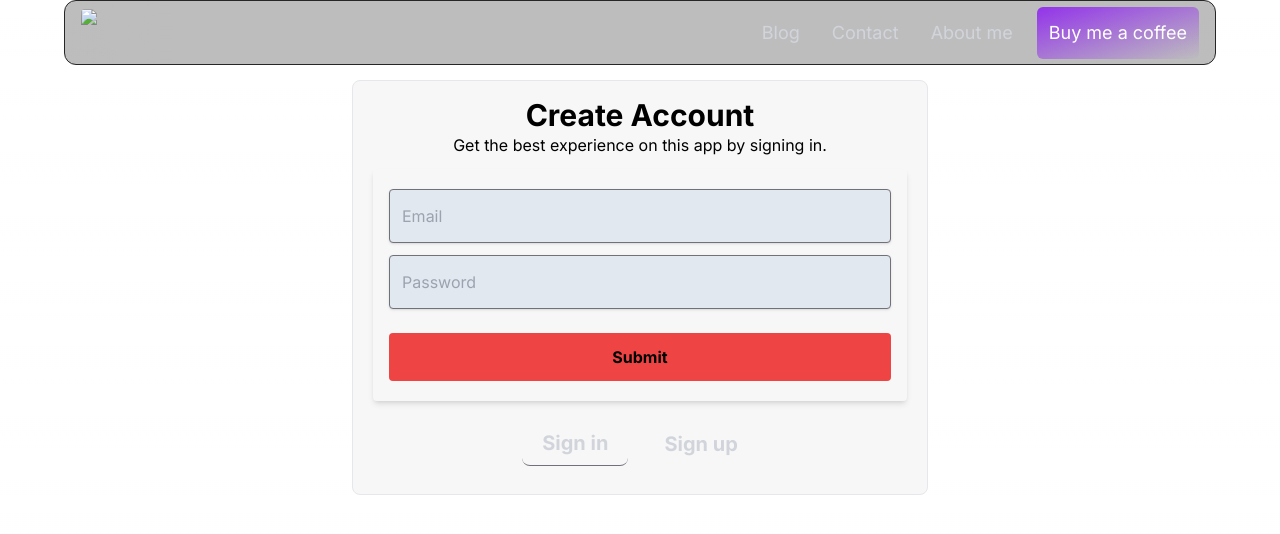
Repository: SahTitus/bookshaven
Page: /auth
These files come from the project's save history. The page is drawn as it stood at one moment and after the next save; the edit follows.
The browser window is 1280 px wide. The pictures show the whole page.
The page's requests for data from a server got no answer. The project was rebuilt for these pictures with package versions that can differ from the ones it lists, and the page was loaded fresh each time. The framework's server and built-in components were replaced by stand-ins that run in the browser. No one was signed in, and anything a server would have sent is missing. Also part of the build but not shown: next.config.mjs, components/forms/DropZone.jsx.

Above is the page before, as saved 2024-04-06 19:18:20.

### app/layout.js
import { Inter } from 'next/font/google'
import './globals.css'
import { siteName } from '@lib/constants'
import AuthProviders from '@components/Provider'
import { StateProvider } from '@redux/StateProvider'
import { SpinnerOverlay } from '@components/loading/SpinnerOvarlay'
import { Navbar } from '@components/navs/Navbar'

const inter = Inter({ subsets: ['latin'] })

export const metadata = {
  title: siteName,
  siteName: siteName,
  description: 'Book Haven - Your go-to destination for all kinds of books',
  icons: {
  },
  category: 'Book Shop',
}

export const viewport = {
  themeColor: [
    { media: "(prefers-color-scheme: light)", color: "#18182a" },
    { media: "(prefers-color-scheme: dark)", color: "#18182a" },
  ],
};

export default function RootLayout({ children }) {
  return (
    <html lang="en">
      <body className={inter.className}>
        <AuthProviders>
          <StateProvider>
            <Navbar />
            <div className='flex flex-col lg:max-w-6xl mx-auto select-none'>
              {children}
              <SpinnerOverlay />
            </div>
          </StateProvider>
        </AuthProviders>
      </body>
    </html>
  )
};

### app/auth/page.js
import { AuthForm } from '@components/forms/AuthForm'
import React from 'react'

const page = () => {
    return (
        <div>
            <AuthForm />
        </div>
    )
}

export default page

### app/globals.css
@tailwind base;
@tailwind components;
@tailwind utilities;

:root {
  --foreground-rgb: 255, 255, 255;
  --background-start-rgb: 255, 255, 255;
  --background-end-rgb: 255, 255, 255;
}

@media (prefers-color-scheme: dark) {
  :root {
    --foreground-rgb: 255, 255, 255;
    --background-start-rgb: 255, 255, 255;
    --background-end-rgb: 255, 255, 255;
  }
}

body {
  color: rgb(var(--foreground-rgb));
  background: linear-gradient(
      to bottom,
      transparent,
      rgb(var(--background-end-rgb))
    )
    rgb(var(--background-start-rgb));
    color: black;
}

@layer utilities {
  .text-balance {
    text-wrap: balance;
  }
}

### components/Provider.js
"use client";
import { Provider } from "react-redux";
import { SessionProvider } from "next-auth/react";
import { store } from "@redux/store";

const AuthProviders = (props) => {
  return (
    <Provider store={store}>
      <SessionProvider session={props.session}>
        {props.children}
      </SessionProvider>
    </Provider>
  );
};

export default AuthProviders;

### redux/StateProvider.js
"use client";
import React, { createContext, useContext, useState } from "react";

const StateContext = createContext();

//wrap our app and provide the Data layer
export const StateProvider = ({ children }) => {
  const [showLoaderOverlay, setShowLoaderOverlay] = useState(false)
  const [showAuthForm, setShowAuthForm] = useState(false)
  const toggleShowAuthForm = () => { setShowAuthForm((prev) => !prev) };

  return (
    <StateContext.Provider
      value={{
        showAuthForm,
        setShowAuthForm,
        showLoaderOverlay,
        toggleShowAuthForm,
        setShowLoaderOverlay,
      }}
    >
      {children}
    </StateContext.Provider>
  );
};

//Pull information from the data layer
export const useStateContex = () => useContext(StateContext);

### components/loading/SpinnerOvarlay.jsx
'use client'
import React from "react";
import styles from "./Spinner.module.css";
import { useStateContex } from "@redux/StateProvider";
import { Backdrop } from "@components/Backdrop";


export const SpinnerOverlay = () => {
    const { showLoaderOverlay } = useStateContex();
    return (
        <div className={`${showLoaderOverlay ? 'flex' : 'hidden'}  z-[60]`}>
            <div className={`flex items-center justify-center fixed top-1/2 left-1/2 transform -translate-x-1/2 -translate-y-1/2 w-52 h-52 z-50`}>
                <div className={styles.spin}>
                    <div></div>
                    <div></div>
                    <div></div>
                    <div></div>
                    <div></div>
                    <div></div>
                    <div></div>
                    <div></div>
                    <div></div>
                    <div></div>
                </div>
            </div>
                <Backdrop />
        </div>
    );
};

### components/navs/Navbar.jsx
"use client"
import React, { useState } from 'react'
// import MobileMenu from './MobileMenu'
import { usePathname } from 'next/navigation';
import { MenuItems } from './MenuItems';
import { useAppSelector } from '@redux/store';
import { useStateContex } from '@redux/StateProvider';
import { signOut } from 'next-auth/react';
import Logo from '@components/Logo';

export const Navbar = () => {
    const [isOpen, setIsOpen] = useState(false);
    const pathname = usePathname();
    const hideNavbar = pathname.startsWith('/article/')
    const { setShowAuthForm, toggleShowAuthForm } = useStateContex();
    const { user } = useAppSelector((state) => state.auth);

    const toggleSidebar = () => { setIsOpen(!isOpen) };
    const logOut = () => {
        signOut();
        toggleShowAuthForm();
    };

    const signIn = () => {
        toggleSidebar();
        setShowAuthForm(true)
    };

    return (
        <nav className={`${hideNavbar ? 'hidden' : 'flex'} z-30 max-w-full w-full items-center md:justify-center select-none`}>
            <div className="fixed  top-0 h-[65px] px-2 flex items-center w-full md:w-[90%]  justify-between border-b  bg-gradient-to-b z-50 backdrop-blur-2xl border-neutral-800 bg-zinc-800/30 from-inherit  lg:rounded-xl lg:border  lg:p-4 ">
                <Logo
                    width={20}
                    height={20}
                />
                <div className='hidden md:flex'>
                    <MenuItems toggleSidebar={undefined} isNav={false} isLarge={true} />
                </div>
                <button type='button' aria-label='menu-icon' onClick={toggleSidebar} className={`${isOpen ? 'hidden' : 'flex'} text-4xl justify-center text-center items-center h-12 w-12  cursor-pointer md:hidden`}>&#9776;</button>
                {/* <MobileMenu logOut={logOut} isOpen={isOpen} signIn={signIn} toggleSidebar={toggleSidebar} user={user} /> */}
            </div>
        </nav>
    )
};

### components/forms/AuthForm.jsx
'use client'
import React, { useEffect, useState } from 'react';
import { Formik, Field, Form, ErrorMessage, } from 'formik';
import { signInSchema, signUpSchema } from '@utils';
// import { GoogleAuth } from '@components/GoogleAuth';
import { useSession } from 'next-auth/react';
import { useAppDispatch } from '@redux/store';
import { useStateContex } from '@redux/StateProvider';
import { userData } from '@redux/features/authSlice';
import { handleAuthFormSubmit } from '@utils/handleAuthFormSubmit';
import { initialValues } from '@lib/constants/initialValues';
import { Dropzone } from './DropZone';

const fieldStyles = `shadow text-zinc-900 appearance-none bg-slate-200 py-4 border border-zinc-500 rounded w-full py-2 px-3 text-gray-800 leading-tight focus:outline-none focus:shadow-outline`
export const AuthForm = () => {
    const [isSignIn, setIsSignIn] = useState(true);
    const [error, setError] = useState('');
    const { setShowLoaderOverlay,  } = useStateContex();

    const session = useSession();

    const dispatch = useAppDispatch()

    useEffect(() => {
        const { status, data } = session;

        if (status === "authenticated" && data?.user?.email) {
            dispatch(userData(data.user));
        }

    }, [session]);

    const validationSchema = isSignIn ? signInSchema : signUpSchema;

    const submit = async (values) => {
        handleAuthFormSubmit({ formData: values, isSignin: isSignIn, setError, setShowLoaderOverlay })
    };

    return (
        <div className={``}>
            <div className="relative bg-[#f7f7f7] flex-col mt-20 flex items-center justify-center select-none w-11/12  md:w-[70%] max-w-xl mx-auto text-center md:text-start rounded-lg border px-5 py-4  ">
               <h1 className='text-black text-3xl font-bold'>Create Account</h1>
                <p className={`text-black m-0 md:max-w-[6
                    0ch] text-lg md:text-base  mb-3`}>
                    Get the best experience on this app by signing in.
                </p>
                <Formik  initialValues={initialValues.user} validationSchema={validationSchema} onSubmit={submit}>
                    {({ values, setFieldValue }) => (
                        <Form className="bg-[#f7f7f7]   shadow-md rounded px-4 py-5 gap-3 flex flex-col w-full">
                            {!isSignIn && <>
                                <label className='' htmlFor="image">
                                    Image
                                </label>
                                <Field name="image">{({ field, form, meta }) =>
                                    <Dropzone
                                        values={values}
                                        field={field}
                                        form={form}
                                        setFieldValue={setFieldValue}
                                    />}
                                </Field>
                                <ErrorMessage name="image" component="div" className="text-red-500 text-xs mt-1" />

                                <Field placeholder='Firstname' className={fieldStyles} type="text" name="firstName" />
                                <ErrorMessage name="firstName" component="div" className="text-red-500 text-xs mt-1" />

                                <Field placeholder='Lastname' className={fieldStyles} type="text" name="lastName" />
                                <ErrorMessage name="lastName" component="div" className="text-red-500 text-xs mt-1" />

                                <Field placeholder='Phone number' className={fieldStyles} type="text" name="tel" />
                                <ErrorMessage name="tel" component="div" className="text-red-500 text-xs mt-1" />
                            </>}

                            <Field placeholder='Email' className={fieldStyles} type="text" name="email" />
                            <ErrorMessage name="email" component="div" className="text-red-500 text-xs mt-1" />

                            <Field placeholder='Password' className={fieldStyles} type="password" name="password" />
                            <ErrorMessage name="password" component="div" className="text-red-500 text-xs mt-1" />
                            {!isSignIn && !!values?.password?.length &&
                                <>
                                    <Field placeholder='Confirm password' className={fieldStyles} type="password" name="confirmPassword" />
                                    <ErrorMessage name="confirmPassword" component="div" className="text-red-500 text-xs mt-1" />
                                </>
                            }
                            <p className='text-sm text-red-500'>{error}</p>
                            <button
                                className=" bg-red-500  font-bold py-3 rounded focus:outline-none focus:shadow-outline "
                                type="submit"
                                aria-label='submit button'
                            >
                                Submit
                            </button>
                        </Form>
                    )}
                </Formik>

                <div className='flex justify-between gap-4 mb-3 mt-5'>
                    <p onClick={() => setIsSignIn(true)} className={`${isSignIn ? 'border-b border-zinc-500 rounded-lg' : ''} flex items-center justify-center text-xl font-bold  py-2 px-5 text-gray-300 cursor-pointer`}>Sign in</p>
                    <p onClick={() => setIsSignIn(false)} className={`${!isSignIn ? 'border-b border-zinc-700 rounded-lg ' : ''} flex items-center justify-center text-xl font-bold  py-2 px-5 text-gray-300 cursor-pointer`}>Sign up</p>
                </div>
            </div >
        </div>
    );
};

### redux/store.jsx
import { configureStore } from "@reduxjs/toolkit";
import { useDispatch, useSelector } from "react-redux";
import authSlice from "./features/authSlice";


export const store = configureStore({
  reducer: {
    auth: authSlice,
  },
  middleware: (getDefaultMiddleware) =>
    getDefaultMiddleware({
      serializableCheck: false,
    }),
});

export const useAppDispatch = useDispatch;
export const useAppSelector = useSelector;

### components/loading/Spinner.module.css
@keyframes spin {
    0% {
      opacity: 1;
    }

    100% {
      opacity: 0;
    }
  }

  .spin {
    width: 100px;
    height: 100%;
    position: absolute;
    backface-visibility: hidden;
    margin-top: -5px;
    z-index:100000;
  }

  .spin div {
    left: 48px;
    top: 34.5px;
    position: absolute;
    animation: spin linear 1s infinite;
    background: #fff;
    width: 4px;
    height: 11px;
    border-radius: 2px / 3.74px;
    transform-origin: 2px 15.5px;
    z-index:100000;
  }

  .spin div:nth-child(1) {
    transform: rotate(0deg);
    animation-delay: -0.9s;
  }

  .spin div:nth-child(2) {
    transform: rotate(36deg);
    animation-delay: -0.8s;
  }

  .spin div:nth-child(3) {
    transform: rotate(72deg);
    animation-delay: -0.7s;
  }

  .spin div:nth-child(4) {
    transform: rotate(108deg);
    animation-delay: -0.6s;
  }

  .spin div:nth-child(5) {
    transform: rotate(144deg);
    animation-delay: -0.5s;
  }

  .spin div:nth-child(6) {
    transform: rotate(180deg);
    animation-delay: -0.4s;
  }

  .spin div:nth-child(7) {
    transform: rotate(216deg);
    animation-delay: -0.3s;
  }

  .spin div:nth-child(8) {
    transform: rotate(252deg);
    animation-delay: -0.2s;
  }

  .spin div:nth-child(9) {
    transform: rotate(288deg);
    animation-delay: -0.1s;
  }

  .spin div:nth-child(10) {
    transform: rotate(324deg);
    animation-delay: 0s;
  }

### components/Backdrop.jsx
import React from 'react'

export const Backdrop = () => {
    return (
        <div className="fixed inset-0 transition-opacity z-40" aria-hidden="true">
            <div className="absolute inset-0 bg-black bg-opacity-75" />
        </div>
    )
};

### components/navs/MenuItems.jsx
import { buyMeCoffeenURL, navRoutes } from '@lib/routes';
import Link from 'next/link';
import React from 'react'

export const MenuItems = ({ toggleSidebar, isNav, isLarge }) => {
    return (
        <div className={` flex ${isLarge ? 'flex-row justify-end items-end gap-4 translate-x-0' : 'flex-col'}  transition-transform transform  ${isNav ? 'translate-x-0 ' : '-translate-x-full'} `}>
            {navRoutes.map(item =>
                <Link
                    onClick={toggleSidebar}
                    href={item.path}
                    key={item.path}
                    className={`${item.path === '/' ? 'md:hidden' : ''} text-gray-300 lg:hover:text-gray-500 cursor-pointer px-2 py-3 rounded hover:bg-black text-lg`}>
                    {item.name}
                </Link>)}
            <a aria-label="Buy me a coffee" href={buyMeCoffeenURL} target="_blank">
                <button aria-label='Sign up' className='hidden md:flex bg-gradient-to-br from-purple-600 to-tomato text-white px-3 py-3 rounded-md text-lg'>Buy me a coffee</button>
            </a>
        </div>
    )
};

### components/Logo.jsx
import React from 'react'
import Link from 'next/link'
import Image from 'next/image'
import { clientRoutes } from '@lib/routes'
import { siteName } from '@lib/constants'

const Logo = ({width, height}) => {
    return (
        <Link href='/'>
            <Image
                className="rounded w-12 h-12"
                src={clientRoutes.logo}
                alt={`${siteName} logo`}
                width={width}
                height={height}
                loading='lazy'
                as="image"
            />
        </Link>
    )
}

export default Logo

### redux/features/authSlice.js
import { createSlice } from "@reduxjs/toolkit";

const initialState = {
  user: null,
  isLoading: false,
  error: null,
};

export const authSlice = createSlice({
  name: "auth",
  initialState,
  reducers: {
    userData: (state, action) => {
      state.user = action.payload;
    },
    isLoading: (state) => {
      state.isLoading = true;
      state.error = null;
    },
    getUser: (state, action) => {
      state.user = action.payload;
      state.isLoading = false;
    },
  },
});

export const { userData, isLoading, getUser } =
  authSlice.actions;
export default authSlice.reducer;

### utils/handleAuthFormSubmit.js
import { registerUser } from "@lib/actions/user.action";

import { signIn } from "next-auth/react";
import validator from "validator";

export const handleAuthFormSubmit = async ({ formData, isSignin, setError, setShowLoaderOverlay, }) => {
    setShowLoaderOverlay(true)
    // Validator - to avoid XSS attacks.
    const safeData = {
        firstName: validator.escape(formData.firstName),
        lastName: validator.escape(formData.lastName),
        tel: validator.escape(formData.tel),
        email: validator.escape(formData.email),
        password: validator.escape(formData.password),
        confirmPassword: validator.escape(formData.confirmPassword),
    };

    const login = async () => {
    const as=    await signIn("credentials", {
            redirect: false,
            email: safeData.email,
            password: safeData.password,
        }).then((res) => {
            if (!!res.error) {
                const userNotFound = 'User not found'
                const sWrong = 'Something went wrong. Check your credentials and try again';
                const msg = res.error === userNotFound ? userNotFound : sWrong;
                setError(msg)
                return;
            }
        });
    }

    try {

        if (!isSignin) {
            const result = await registerUser(safeData);

            if (result?.status === 200) {
                login()
            }
        } else { login() };
    } catch (error) {
        setError(error.message);
    }
    setShowLoaderOverlay(false)
    return;
};

### lib/constants/initialValues.js
export const initialValues = {
    "book": {
        "title": "",
        "slug": "",
        "description": "",
        "author_firstName": "",
        "author_lastName": "",
        "genre": "",
        "genre_id": "",
        "ISBN": "",
        "price": 0,
        "availability": true,
        "category": "",
        "category_id": "",
        "image": "",
        "pages": '',
        "bookmarks": [],
        "creator": "",
        "publishedAt": "",
        "modifiedAt": ""
    },
    user: {
        firstName: '',
        lastName: '',
        image: '',
        tel: '',
        email: '',
        password: '',
        confirmPassword: '',
    },

};

### lib/routes/index.js
export const navRoutes = [
    {
        name: 'Home',
        path: '/',
    },
    {
        name: 'Blog',
        path: '/blog',
    },
    {
        name: 'Contact',
        path: '/contact',
    },
    {
        name: 'About me',
        path: '/about-me',
    },
    // {
    //     name: 'Bookmarks',
    //     path: '/bookmarks',
    // },
    // {
    //     name: 'Algogenz AI',
    //     path: '#',
    // },
    // {
    //     name: 'Subscribe',
    //     path: '#',
    // },
    // {
    //     name: 'Help',
    //     path: '/#',
    // },
    // {
    //     name: 'Feedback',
    //     path: '#',
    // },
]
export const clientRoutes = {
    home: '/',
    blog: '/blog',
    tag: '/blog/tag',
    categories: '/blog/categories',
    article: '/article',
    search: '/search',
    logo: '/favicon.ico',
    algogenzIcon: '/algo.png',
    manifest: "/manifest.json",
}

export const staticRoutes = [
    '',
    // '/algogenz-ai',
    '/about-me',
    '/contact',
];

export const footerLinks = {
    privacyPolicy: '/privacy-policy',
    terms_conditions: '/terms-and-conditions',
    whatsapp: 'https://chat.whatsapp.com/E57qMkbVHbW6Uj0XNQwz2r',
    facebook: '#',
    linkedin: '#',
    twitter: '#',
}

export const cloudEndpoint = 'https://api.cloudinary.com/v1_1/algogenz/image/upload'
export const clientBaseURL = process.env.NODE_ENV === 'production' ? 'https://algogenz.com' : 'https://algogenz.com';
export const sitemapURL = `${clientBaseURL}/sitemap.xml`;
export const githubURL = 'https://github.com/sahtitus';
export const twitterURL = 'https://twitter.com/TitusSah';
export const facebookURL = 'https://facebook.com/titus.samuel.779';
export const linkedInURL = 'https://www.linkedin.com/in/sah-titus-62148a21a';
export const buyMeCoffeenURL = 'https://www.buymeacoffee.com/sahtitus';

### lib/actions/user.action.js
'use server'
import { connectDb } from "@lib/database";
import User from "@lib/database/models/user.model";
import { handleError } from "@utils";
import { validateUser } from "@utils/validateUser";
import bcrypt from "bcryptjs";

export const registerUser = async (userData) => {
    const { email, password, confirmPassword } = userData;

    try {
        const failsValidation = validateUser(userData, confirmPassword);

        if (failsValidation) {
            throw new Error(failsValidation);
        }

        await connectDb();
        const emailExists = await User.findOne({ email: email });

        if (emailExists) {
            throw new Error("Email already exists");
        }

        const hashedPassword = await bcrypt.hash(password, 5);

        await User.create({
            ...userData,
            password: hashedPassword,
        })

        return JSON.parse(JSON.stringify({ status: 200 }));
    } catch (error) {
        handleError(error.message)
    }
};

### lib/database/index.js
import mongoose from 'mongoose';

const dbName = process.env.MONGODB_DB;
const MONGODB_URI = process.env.MONGODB_URI;

let cached = global.mongoose || { conn: null, promise: null };

const connectDb = async () => {
  if (cached.conn) return cached.conn;

  if (!MONGODB_URI) {
    throw new Error('MONGODB_URI is missing');
  }

  cached.promise = cached.promise || mongoose.connect(MONGODB_URI, {
    dbName,
    bufferCommands: false,
  });

  cached.conn = await cached.promise;

  return cached.conn;
};

export { connectDb };

### lib/database/models/user.model.js
import { Schema, model, models } from "mongoose";

const UserSchema = new Schema({
    email: { type: String, required: true, unique: true, validate: /^[\w-]+(\.[\w-]+)*@([\w-]+\.)+[a-zA-Z]{2,7}$/ },
    firstName: { type: String, required: true },
    lastName: { type: String, required: true },
    image: { type: String },
    tel: { type: String, required: true },
    isAdmin: { type: Boolean, required: true, default: false },
    bookmarks: { type: Array, default: [] },
    password: { type: String, },
    createdAt: { type: Date, default: Date.now },
    modifiedAt: { type: Date, default: Date.now },
});

const User = models.User || model('User', UserSchema);

export default User;

### utils/validateUser.js
export const validateUser =(userData, confirmPassword)=> {
    const mailformat = /^[a-zA-Z0-9._%+-]+@gmail\.com$/;
    const passwordRegex =  /^(?=.*[a-z])(?=.*[A-Z])(?=.*\d)(?=.*[@$!%*?&])[A-Za-z\d@$!%*?&]{6,}$/;

    if (userData.firstName.length === 0) {
      return "Name is required.";
    }
    if (userData.lastName.length === 0) {
      return "Name is required.";
    }

    if (!userData.email.match(mailformat)) {
      return "Invalid email format.";
    }

    if (userData.password.length === 0) {
      return "Password is required.";
    }

    // if (!userData.password.match(passwordRegex)) {
    //   return "Password must be at least 6 characters long and contain at least one lower-and-upper-letter, and one digit.";
    // }

    if (userData.password !== confirmPassword) {
      return "Passwords do not match.";
    }

    return null; // If no errors are found, return null indicating successful validation.
  }

Loaded but not shown: lib/constants/index.js (library); lib/constants/categories.js (library); tailwind.config.js (common file); utils/index.js (118 lines, source omitted)

After the next save:
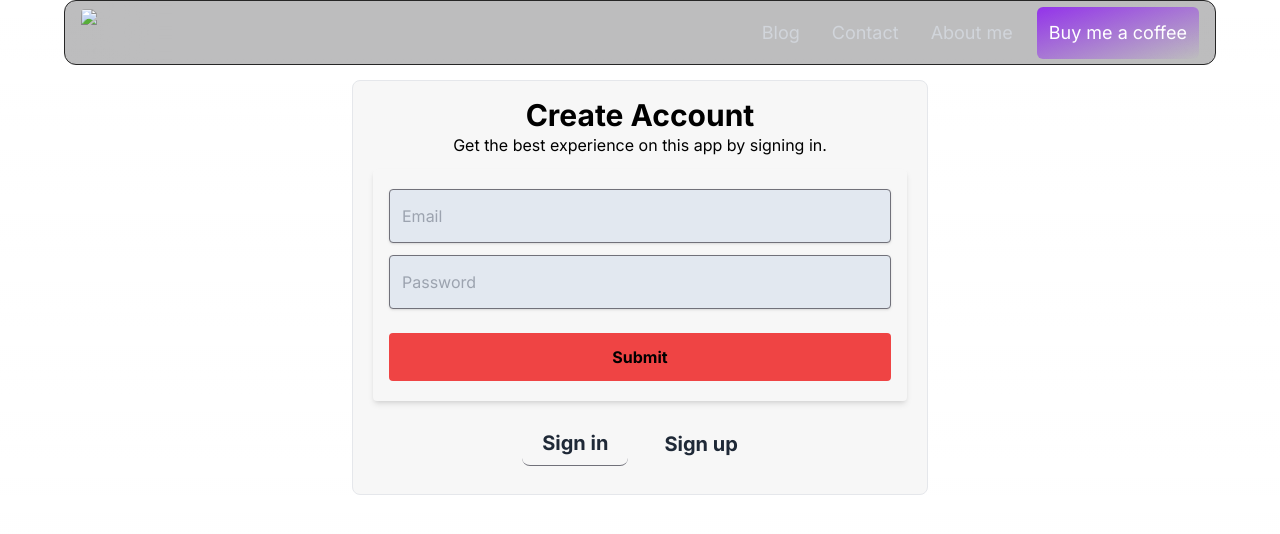
Saved 37 s later.
--- a/components/forms/AuthForm.jsx
+++ b/components/forms/AuthForm.jsx
@@ -95,8 +95,8 @@ export const AuthForm = () => {
                 </Formik>
 
                 <div className='flex justify-between gap-4 mb-3 mt-5'>
-                    <p onClick={() => setIsSignIn(true)} className={`${isSignIn ? 'border-b border-zinc-500 rounded-lg' : ''} flex items-center justify-center text-xl font-bold  py-2 px-5 text-gray-300 cursor-pointer`}>Sign in</p>
-                    <p onClick={() => setIsSignIn(false)} className={`${!isSignIn ? 'border-b border-zinc-700 rounded-lg ' : ''} flex items-center justify-center text-xl font-bold  py-2 px-5 text-gray-300 cursor-pointer`}>Sign up</p>
+                    <p onClick={() => setIsSignIn(true)} className={`${isSignIn ? 'border-b border-zinc-500 rounded-lg' : ''} flex items-center justify-center text-xl font-bold  py-2 px-5 text-gray-800 cursor-pointer`}>Sign in</p>
+                    <p onClick={() => setIsSignIn(false)} className={`${!isSignIn ? 'border-b border-zinc-700 rounded-lg ' : ''} flex items-center justify-center text-xl font-bold  py-2 px-5 text-gray-800 cursor-pointer`}>Sign up</p>
                 </div>
             </div >
         </div>
